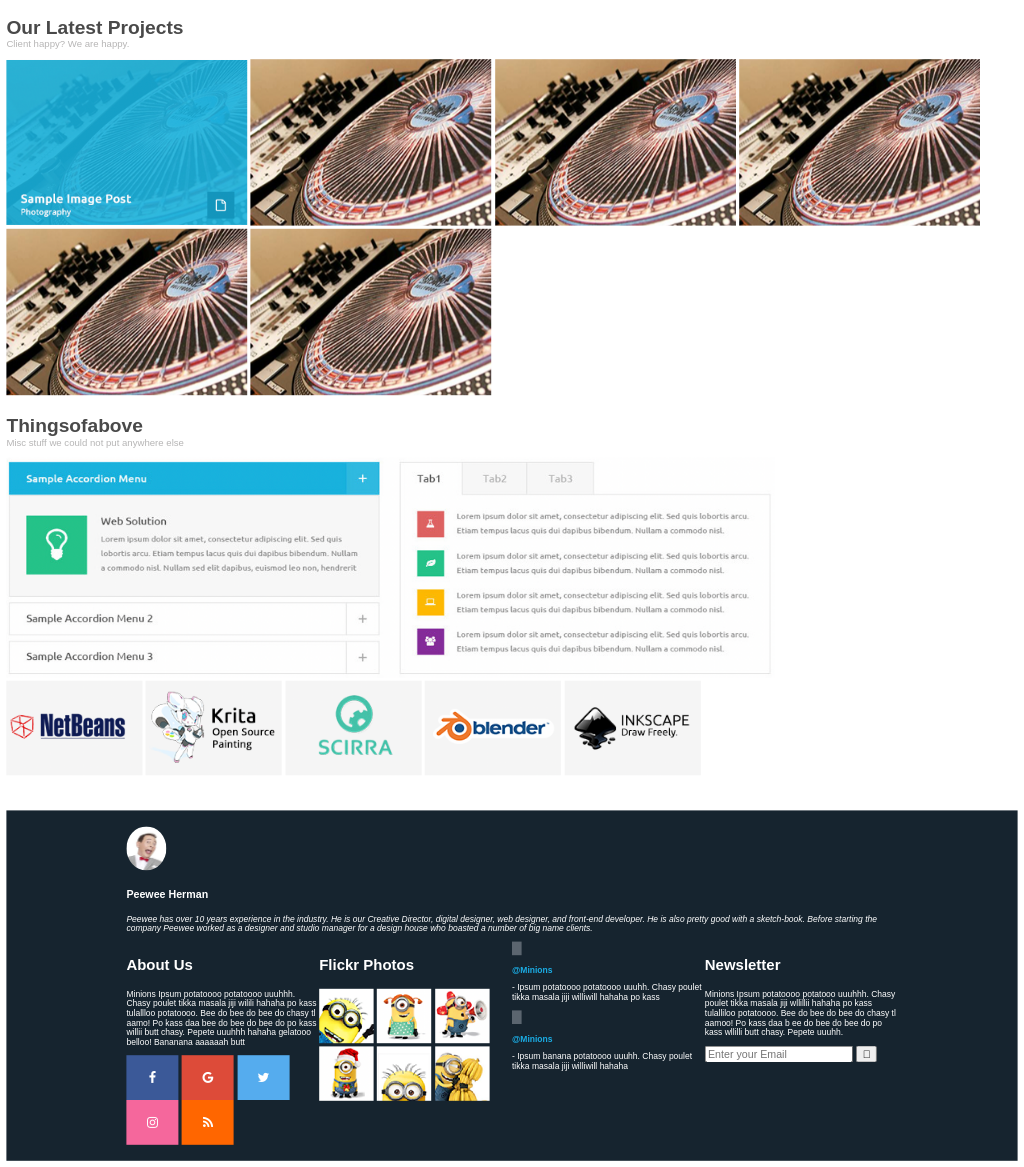
Repository: atran02/project1
Page: index.html
These files come from the project's save history. The page is drawn as it stood at one moment and after the next save; the edit follows.
The browser window is 1280 px wide. The pictures show the whole page, at 80% of full size.

Above is the page before, as saved 2022-01-28 14:51:10.

### index.html
<!DOCTYPE html>
<html lang="en">
<head>
  <meta charset="UTF-8">
  <meta http-equiv="X-UA-Compatible" content="IE=edge">
  <meta name="viewport" content="width=device-width, initial-scale=1.0">
  <title>Metrolics</title>
</head>
<link rel="stylesheet" href="/css/metrolics.css">
<body>
  <!-- PART 1: Angelyne -->


  <!-- PART 2: Marian -->

  <!--Our Latest Projects Section-->

<div class="latestprojects">
  <h2>Our Latest Projects</h2>
  <p>Client happy? We are happy.</p>
      <div class="gallery">
        <img src="/img/sampleimagepost1.png" alt="Sample Image Post Photography" width="301" height="208">
        <img src="/img/latestprojectphoto2.png" alt="Sample Image Post Photography" width="301" height="208">
        <img src="/img/latestprojectphoto2.png" alt="Sample Image Post Photography" width="301" height="208">
        <img src="/img/latestprojectphoto2.png" alt="Sample Image Post Photography" width="301" height="208">
        <img src="/img/latestprojectphoto2.png" alt="Sample Image Post Photography" width="301" height="208">
        <img src="/img/latestprojectphoto2.png" alt="Sample Image Post Photography" width="301" height="208">
      </div>
</div>

  <!--Things of Above Section-->

  <div class="Thingsofabove">
  <h2>Thingsofabove</h2>
  <p>Misc stuff we could not put anywhere else</p>
      <div class="menutabgallery">
        <img src="/img/sampleaccordionmenu.png" alt="Sample Accordion Menu" width="960" height="275">
      </div>
      <div class="sponsors">
        <img src="/img/netbeans.png" alt="Net Beans" width="170" height="118">
        <img src="/img/krita.png" alt="Krita Open Source Painting" width="170" height="118">
        <img src="/img/scirra.png" alt="Scirra" width="170" height="118">
        <img src="/img/blender.png" alt="Blender" width="170" height="118">
        <img src="/img/inkscape.png" alt="Inkscape Draw Freely" width="170" height="118">
      </div>
  </div>

  <!-- Footer -->

<div class="footer">
      <div class="peewee">
        <img src="/img/peewee.png" alt="Peewee" width="159px" height="194px" class="avatar">
          <h4>Peewee Herman</h4>
            <p>Peewee has over 10 years experience in the industry. He is our Creative Director, digital designer, web designer, and front-end developer. He is also pretty good with a sketch-book. Before starting the company Peewee worked as a designer and studio manager for a design house who boasted a number of big name clients.</p>
      </div>

      <div class="grid-container">
        <div class="grid-item grid-item-1">
          <div class="aboutus">
            <h3>About Us</h3>
              <p>Minions Ipsum potatoooo potatoooo uuuhhh. Chasy poulet tikka masala jiji wilili hahaha po kass tulallloo potatoooo. Bee do bee do bee do chasy tl aamo! Po kass daa bee do bee do bee do po kass willii butt chasy. Pepete uuuhhh hahaha gelatooo belloo! Bananana aaaaaah butt</p>
                <div class="socialmedia">
                  <link rel="stylesheet" href="https://cdnjs.cloudflare.com/ajax/libs/font-awesome/4.7.0/css/font-awesome.min.css">
                  <a href="#" class="fa fa-facebook"></a>
                  <a href="#" class="fa fa-google"></a>
                  <a href="#" class="fa fa-twitter"></a>
                  <a href="#" class="fa fa-instagram"></a>
                  <a href="#" class="fa fa-rss"></a>
                </div>
          </div>
        </div>

          <div class="flickr">
            <div class="grid-item grid-item-2">
              <h3>Flickr Photos</h3>
                <img src="/img/minion1.png" alt="minion1" width="68px" height="68px">
                <img src="/img/minion2.png" alt="minion2" width="68px" height="68px">
                <img src="/img/minion3.png" alt="minion3" width="68px" height="68px">
                <img src="/img/minion4.png" alt="minion4" width="68px" height="68px">
                <img src="/img/minion5.png" alt="minion5" width="68px" height="68px">
                <img src="/img/minion6.png" alt="minion6" width="68px" height="68px">
            </div>
          </div>

          <div class="recenttweets">
            <div class="grid-item grid-item-3">
              <i class="fa-brands fa-twitter"></i>
              <p><a href="https://twitter.com/Minions">@Minions</a></p>
              <p>- Ipsum potatoooo potatoooo uuuhh. Chasy poulet tikka masala jiji williwill hahaha po kass</p>

              <i class="fa-brands fa-twitter"></i>
              <p><a href="https://twitter.com/Minions">@Minions</a></p>
              <p>- Ipsum banana potatoooo uuuhh. Chasy poulet tikka masala jiji williwill hahaha</p>
            </div>
          </div>

          <div class="Newsletter">
            <div class="grid-item grid-item-4">
              <h3>Newsletter</h3>
              <p>Minions Ipsum potatoooo potatooo uuuhhh. Chasy poulet tikka masala jiji wllillii hahaha po kass tulalliloo potatoooo. Bee do bee do bee do chasy tl aamoo! Po kass daa b ee do bee do bee do po kass wllilli butt chasy. Pepete uuuhh.</p>

              <form class="formemail" action="/action_page.php">
              <input type="email" id="email" placeholder="Enter your Email" name="email">
              <button class="btn-send"></button>
              </form>
            </div>
          </div>
      </div>
</div>
</body>
</html>

### css/metrolics.css
/* Lowerpage Draft */

/*Our Latest Projects*/
.latestprojects, .Thingsofabove, .footer {
    font-family: 'Ubuntu', sans-serif;
    margin: 0;
}

h2 {
    margin-bottom: 0;
    color: #494949;
}

.latestprojects p {
    font-size: 12px;
    color: #b6b5b5;
    margin-top: 0;
}
/* Thingsofabove */

.Thingsofabove p {
    font-size: 12px;
    color: #b6b5b5;
    margin-top: 0;
}

/* Footer */
.grid-container {
    display: grid;
    grid-template-columns: 1fr 1fr 1fr 1fr;
}
.footer {
    background-color: #16242f;
    color: white;
    margin-top: 40px;
    padding: 20px 150px 20px 150px;
}

/* Peewee Info */
.peewee img {
    border-radius: 60%;
    width: 50px;
    height: 55px;
}

h4 {
    font-size: 10pt;
}
.peewee p {
    font-size: 8pt;
    font-style: italic;
}

/* About Us */
.aboutus p {
    font-size: 8pt;
}
/* Social Media Icons */
.fa {
    padding: 20px;
    font-size: 30px;
    width: 25px;
    text-align: center;
    text-decoration: none;
    margin: 0;
}
.fa-facebook {
    background: #3B5998;
    color: white;
}
.fa-google {
    background: #dd4b39;
    color: white;
}
.fa-twitter {
    background: #55ACEE;
    color: white;
}
.fa-instagram {
    background: #f5679c;
    color: white;
}
.fa-rss {
    background: #ff6600;
    color: white;
}

/* Recent Tweets */
.recenttweets a {
    color: #1bade5;
    text-decoration: none;
    font-weight: bold;
}

.recenttweets p {
    font-size: 8pt;
}

.fa-brands {
    background:#5b656f;
    color: white;
}

/* Newsletter */
.Newsletter p {
    font-size: 8pt;
}

After the next save:
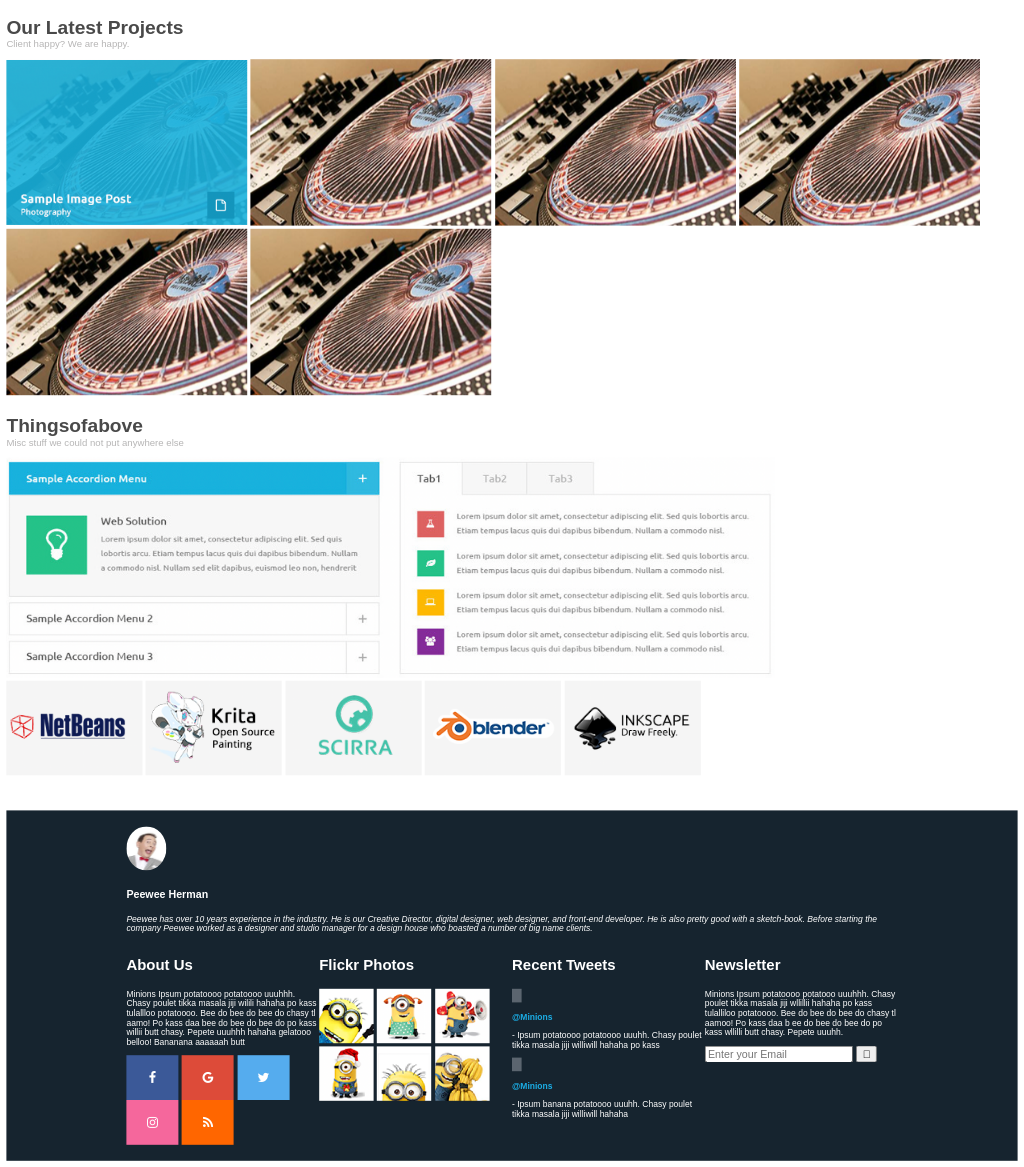
Saved 87 s later.
--- a/index.html
+++ b/index.html
@@ -84,6 +84,7 @@
 
           <div class="recenttweets">
             <div class="grid-item grid-item-3">
+              <h3>Recent Tweets</h3>
               <i class="fa-brands fa-twitter"></i>
               <p><a href="https://twitter.com/Minions">@Minions</a></p>
               <p>- Ipsum potatoooo potatoooo uuuhh. Chasy poulet tikka masala jiji williwill hahaha po kass</p>
